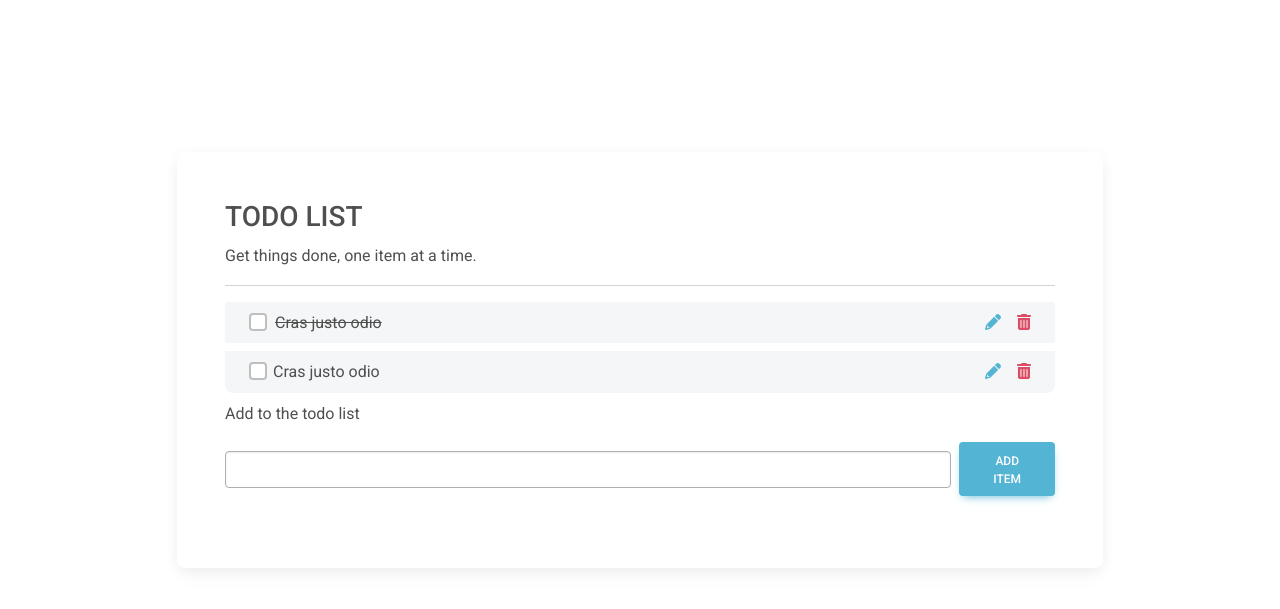
Repository: TinhTT336/MD02_HACKATHON01_HN_JV230620_BS_TranThiTinh_Basic
Page: /
These files come from the project's save history. The page is drawn as it stood at one moment and after the next save; the edit follows.
The browser window is 1280 px wide. The pictures show the whole page.
Some web libraries are served in a nearby version. The project was rebuilt for these pictures with package versions that can differ from the ones it lists, and the page was loaded fresh each time. Also part of the build but not shown: vite.config.js, src/App.css, src/index.css.

Above is the page before, as saved 2023-09-05 10:34:51.

After the next save:
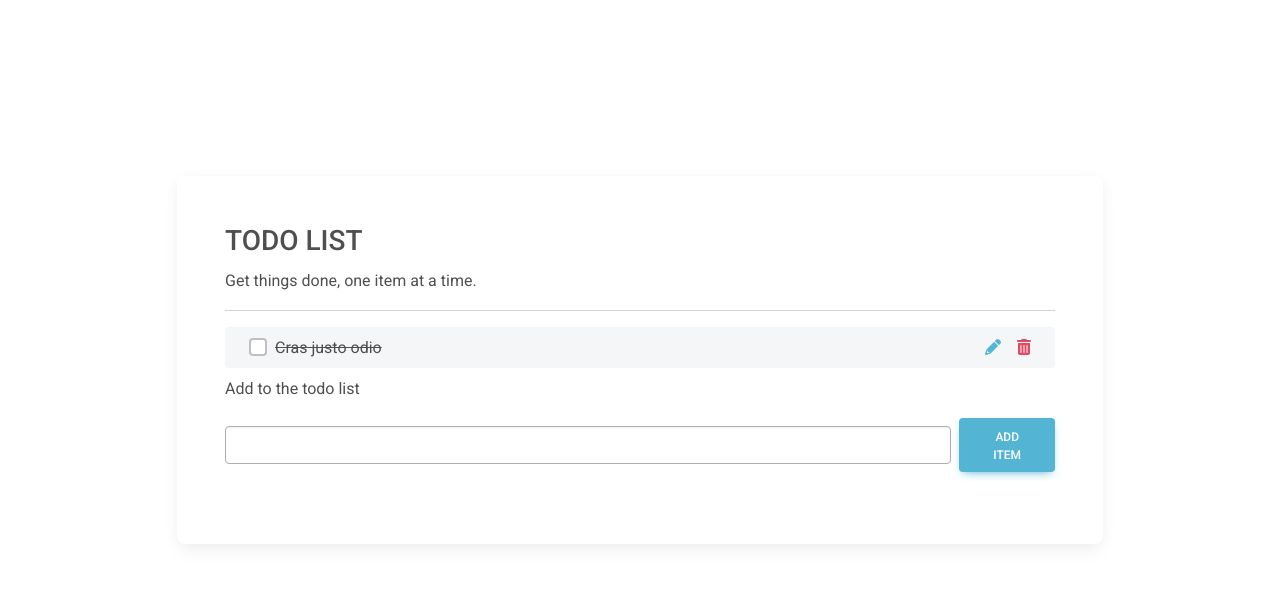
Saved 23 s later.
--- a/src/TodoList/todoList.jsx
+++ b/src/TodoList/todoList.jsx
@@ -73,36 +73,6 @@ export default function TodoList() {
                                                         </a>
                                                     </div>
                                                 </li>
-                                                <li
-                                                    className="list-group-item d-flex
-                                          align-items-center border-0 mb-2
-                                          justify-content-between"
-                                                    style={{ backgroundColor: "#f4f6f7" }}
-                                                >
-                                                    <div>
-                                                        <input className="form-check-input" type="checkbox" />
-                                                        Cras justo odio
-                                                    </div>
-                                                    <div>
-                                                        <a href="#!" className="text-info" title="Sửa công việc">
-                                                            <i
-                                                                className="fas
-                                                      fa-pencil-alt
-                                                      me-3"
-                                                            />
-                                                        </a>
-                                                        <a
-                                                            href="#!"
-                                                            className="text-danger"
-                                                            title="Xóa công việc"
-                                                        >
-                                                            <i
-                                                                className="fas
-                                                      fa-trash-alt"
-                                                            />
-                                                        </a>
-                                                    </div>
-                                                </li>
                                             </ul>
                                             <div className="tab-content">
                                                 <p>Add to the todo list</p>
